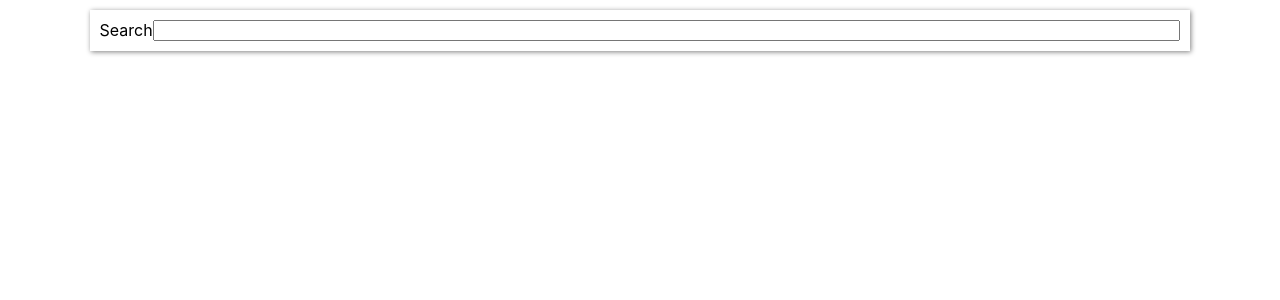
Repository: the-manohar/gallery
Page: /
The author's editor kept a copy of each file at every save. The page is drawn from the files as they stood at one save, then again after the next save.
The browser window is 1280 px wide. The pictures show the whole page.
The project was rebuilt for these pictures with package versions that can differ from the ones it lists, and the page was loaded fresh each time.

Above is the page before, as saved 2020-06-18 22:27:59.

### src/App.js
import React, { useState } from "react";
import "./App.css";

function App() {
  const [value, setValue] = useState("");
  return (
    <div className="App">
      <div className="mydiv">
        <span>Search</span>
        <input
          style={{ width: "100%" }}
          type="text"
          value={value}
          onChange={(event) => setValue(event.target.value)}
        />
      </div>
    </div>
  );
}

export default App;

### src/App.css
.App {
  text-align: center;
}
.mydiv {
  display: flex;
  justify-content: space-around;
  margin: 10px 7%;
  box-shadow: 1px 1px 5px grey;
  padding: 10px;
}

Loaded but not shown: public/index.html (common file); src/index.js (common file); src/index.css (common file); src/serviceWorker.js (common file)

After the next save:
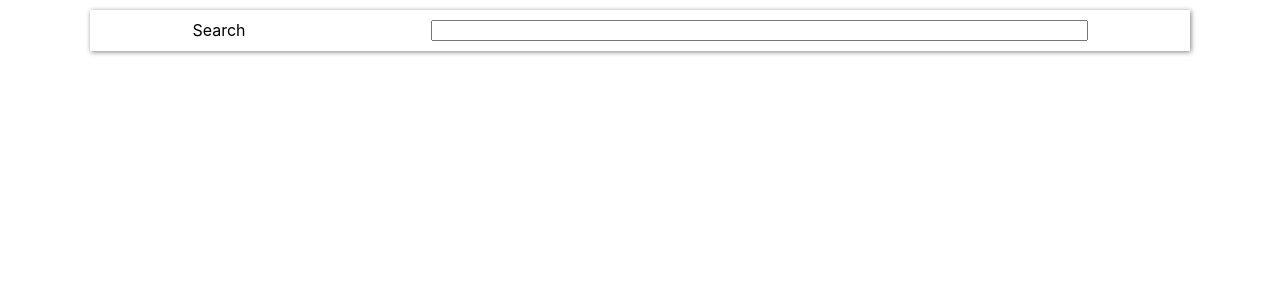
Saved 10 s later.
--- a/src/App.js
+++ b/src/App.js
@@ -8,7 +8,7 @@ function App() {
       <div className="mydiv">
         <span>Search</span>
         <input
-          style={{ width: "100%" }}
+          style={{ width: "60%" }}
           type="text"
           value={value}
           onChange={(event) => setValue(event.target.value)}
